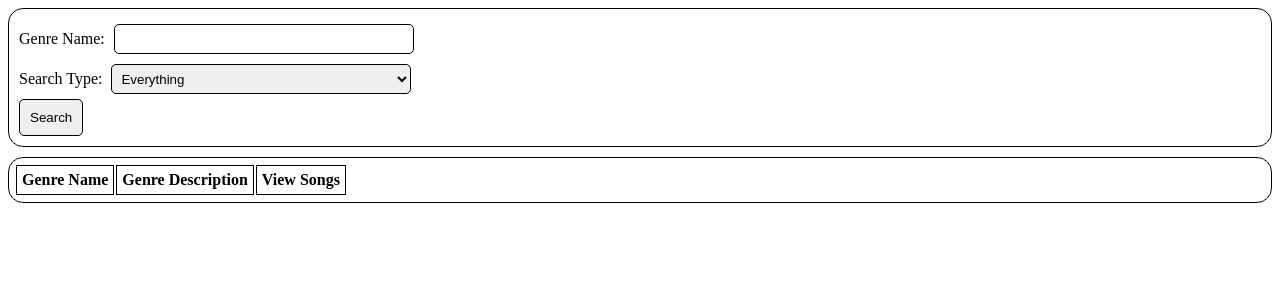
Repository: jasonfic/jmf194_INFSCI1017
Page: MusicJpaWeb/WebContent/genre2.html
These files come from the project's save history. The page is drawn as it stood at one moment and after the next save; the edit follows.
The browser window is 1280 px wide. The pictures show the whole page.

Above is the page before, as saved 2019-04-14 00:40:13.
Console error: SyntaxError: Unexpected token '*'

### MusicJpaWeb/WebContent/genre2.html
<html>
<head>
<meta charset="UTF-8">
<title>Music Genres</title>
<script src="script/jquery-3.4.0.min.js"></script>
<link href="css/style.css" rel="stylesheet" type="text/css" />

</head>
<body>
<div id="genreSearch">
	<div>
		Genre Name: <input type="text" id="genreName" name="genreName" value="" class="textField" />
	</div>
	<div>
		Search Type:
		<select name="searchType" id="searchType" class="textField">
			<option value="">Everything</option>
			<option value="equals">Equals</option>
			<option value="begins">Begins</option>
			<option value="ends">Ends</option>
			<option value="contains">Contains</option>
		</select>
	</div>
	<div>
		<input type="button" id="btnSearch" name="btnSubmit" value="Search" />
	</div>
</div>

<div id="searchResults">
	<table id="tblSearchResults">
		<tr>
			<th>Genre Name</th>
			<th>Genre Description</th>
			<th>View Songs</th>
		</tr>
	</table>
</div>

</body>
<script>
	$(document).ready(function (){
		$("#btnSearch").click(function (){
			search();
		});

		$("#genreName").keyup(function () {
			var keyPressed = $("#genreName").val();
			if (keyPressed.length > 2) {
				search();
			}
			else {
				$(".dataRow").remove();
			}
		});*/
	});

	function search(optSearchType) {
		var genreName = $("#genreName").val();
		var searchType = $("#searchType").val();
		// console.log("Genre: " + genreName);
		// console.log("SearchType: " + searchType)
		var url = "GenreListWS?genreName=" + genreName + "&searchType=" + searchType;
		// console.log(url);
		$.get(url, function(resp){
			parseGenreData(resp);
		})
		/* logic for dealing with optional parameters
		if(optSearchType === undefined) {
			searchType = $("#searchType").val();
		}
		else {
			searchType = optSearchType;
		}*/
	}

	function parseGenreData(data){
		// $("#searchResults").text(JSON.stringify(data));
		//$(".dataRow").empty();
		var result = "";

		for(var i=0; i < data.length; i++){
			var tr = $("<tr></tr>"); // created empty html table row
			tr.attr({"class" : "datarow"});

			// First data cell
			var td = $("<td></td>"); // created empty html table data
			td.html(data[i].genre_name);
			tr.append(td);

			// Second data cell
			// Note that we don't need to redeclare this
			td = $("<td></td>");
			td.html(data[i].description)
			tr.append(td);

			// Third data cell
			td = $("<td></td>");
			var link = "<a href='song.html?genre_id=" + data[i].genre_id + "'>View Songs</a>";
			td.html(link)
			tr.append(td);

			// Append row to the table
			$("#tblSearchResults").append(tr);

			// result += 'Name: ' + data[i].genre_name + ' Description: ' + data[i].description + '<br />';
		}

		// $("#searchResults").html(result);
	}
</script>
</html>

### MusicJpaWeb/WebContent/css/style.css
#genreSearch {
	border: 1px solid #000;
	padding: 10px;
	border-radius: 15px;
}

.textField {
	border: 1px solid #000;
	border-radius: 5px;
	padding: 5px;
	margin: 5px;
	width: 300px;
	height: 30px;
}

#searchResults {
	border: 1px solid #000;
	heading: 10px;
	padding: 5px;
	margin-top: 10px;
	border-radius: 15px;
}

input[type=button] {
	border: 1px solid #000;
	padding: 10px;
	border-radius: 5px;
}

#tblSearchResults tr th, td {
	border: 1px solid #000;
	padding: 5px;
	border-collapse: ;
}

Loaded but not shown: MusicJpaWeb/WebContent/script/jquery-3.4.0.min.js (library)

After the next save:
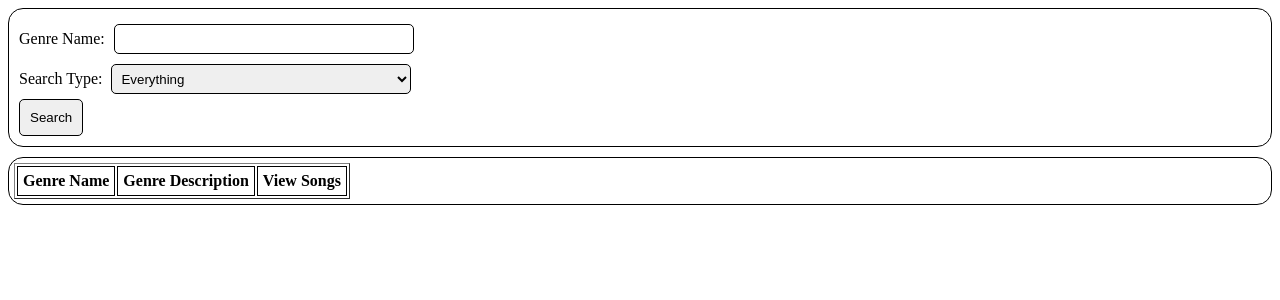
Saved 83 s later.
--- a/MusicJpaWeb/WebContent/genre2.html
+++ b/MusicJpaWeb/WebContent/genre2.html
@@ -27,7 +27,7 @@
 </div>
 
 <div id="searchResults">
-	<table id="tblSearchResults">
+	<table border="1" id="tblSearchResults">
 		<tr>
 			<th>Genre Name</th>
 			<th>Genre Description</th>

After the save that followed:
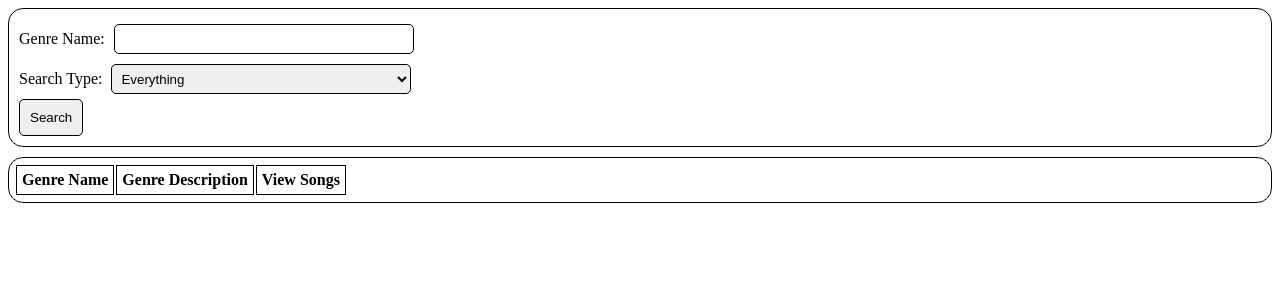
Saved 33 s later.
--- a/MusicJpaWeb/WebContent/genre2.html
+++ b/MusicJpaWeb/WebContent/genre2.html
@@ -27,7 +27,7 @@
 </div>
 
 <div id="searchResults">
-	<table border="1" id="tblSearchResults">
+	<table id="tblSearchResults">
 		<tr>
 			<th>Genre Name</th>
 			<th>Genre Description</th>
